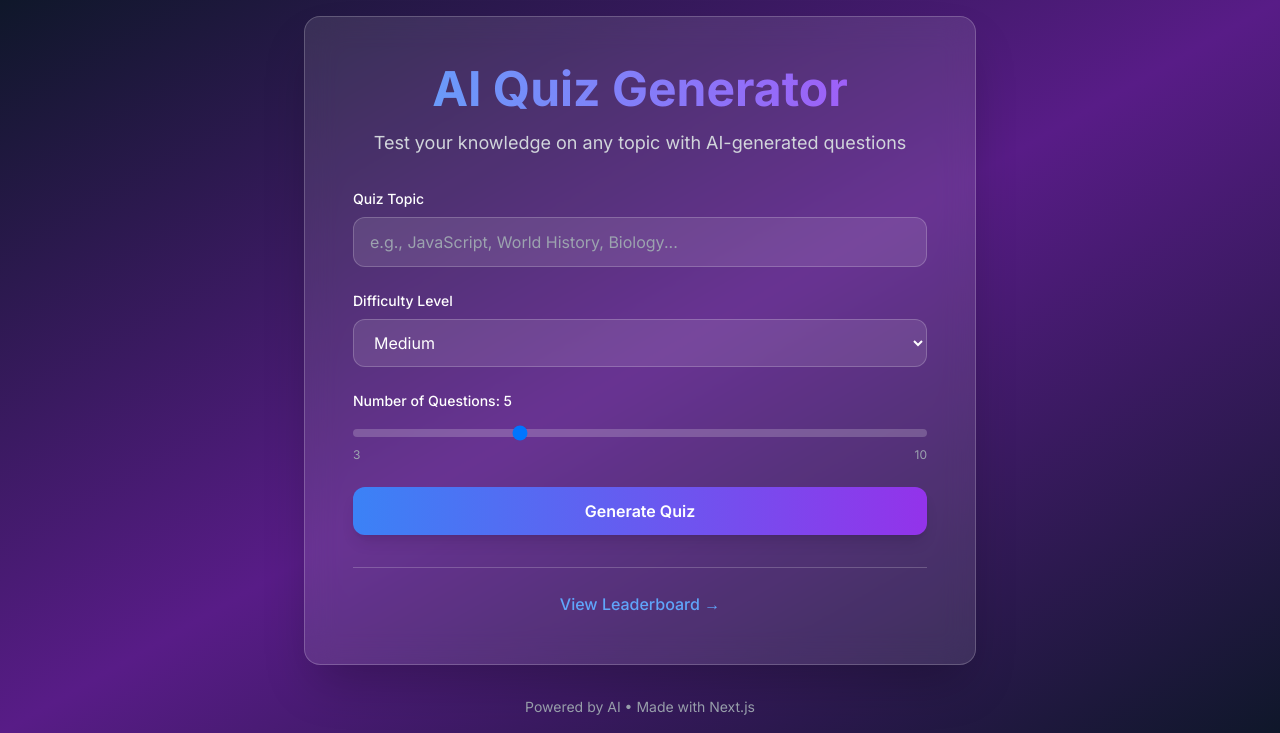
Repository: pranoppal/ai-quiz-generator
Page: /
The author's editor kept a copy of each file at every save. The page is drawn from the files as they stood at one save, then again after the next save.
The browser window is 1280 px wide. The pictures show the whole page.
The project was rebuilt for these pictures with package versions that can differ from the ones it lists, and the page was loaded fresh each time. The framework's server and built-in components were replaced by stand-ins that run in the browser. Also part of the build but not shown: next.config.js.

Above is the page before, as saved 2025-11-01 13:29:04.

After the next save:
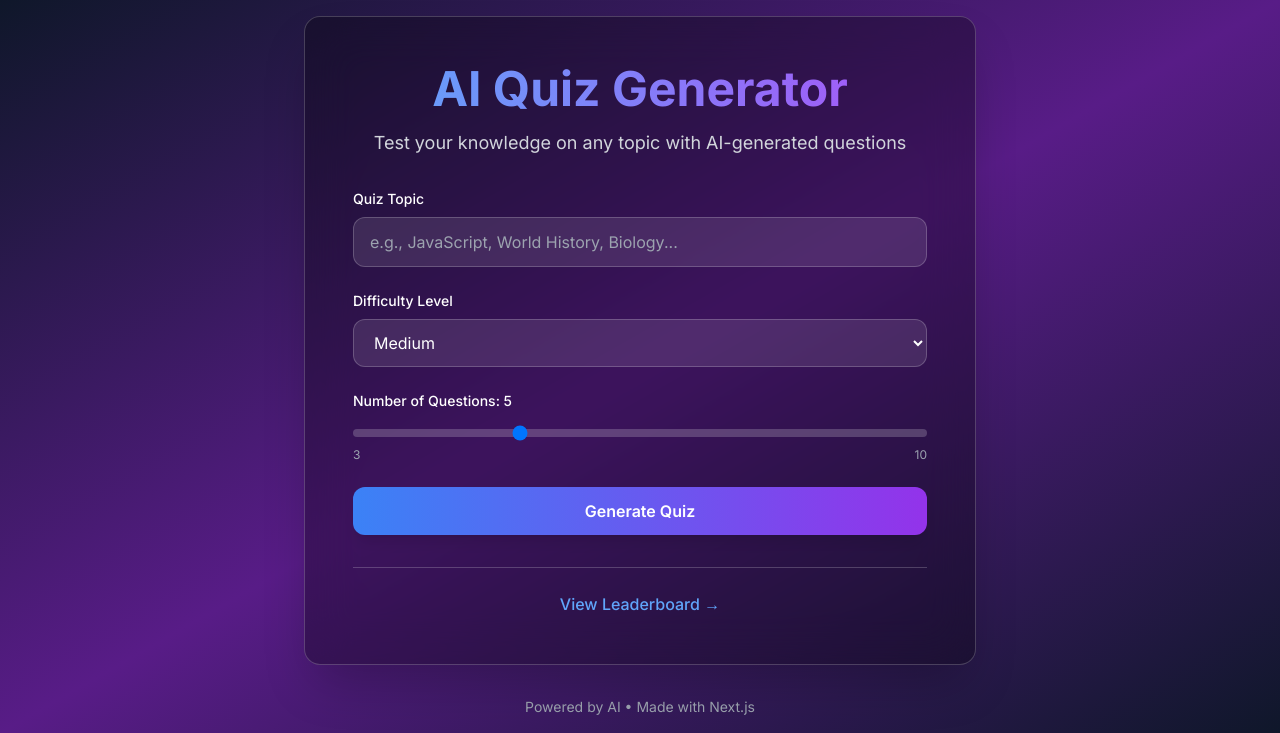
Saved 114 s later.
--- a/app/globals.css
+++ b/app/globals.css
@@ -10,11 +10,15 @@
 
 @layer components {
   .glass-card {
-    @apply bg-white/10 backdrop-blur-lg border border-white/20 rounded-2xl shadow-2xl;
+    @apply bg-black/30 backdrop-blur-xl border border-white/20 rounded-2xl shadow-2xl;
   }
 
   .solid-dark-card {
     @apply bg-slate-900/95 border border-white/20 rounded-2xl shadow-2xl;
+  }
+
+  .text-contrast {
+    text-shadow: 0 2px 8px rgba(0, 0, 0, 0.9), 0 0 2px rgba(0, 0, 0, 0.8);
   }
 
   .btn-primary {
